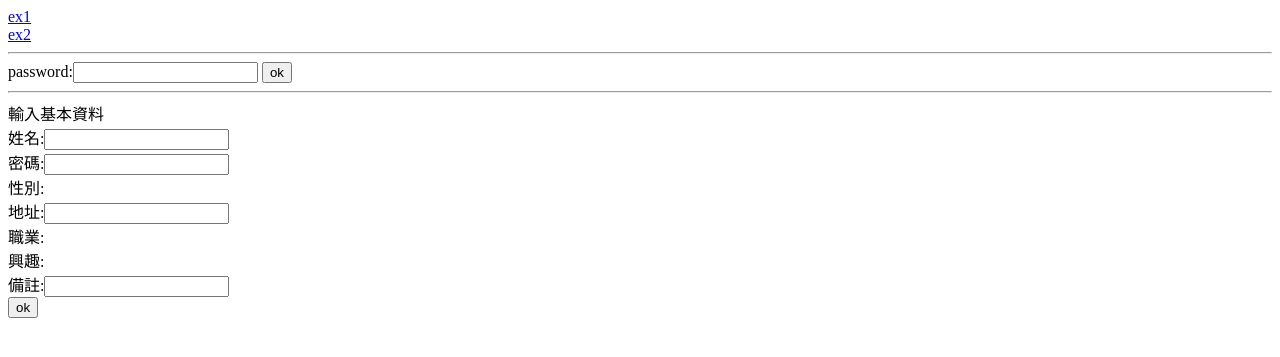
Repository: jtlai0921/javaweb1108
Page: javawebex/WebContent/servletEX/exam.html
These files come from the project's save history. The page is drawn as it stood at one moment and after the next save; the edit follows.
The browser window is 1280 px wide. The pictures show the whole page.

Above is the page before, as saved 2020-11-15 07:20:15.

After the next save:
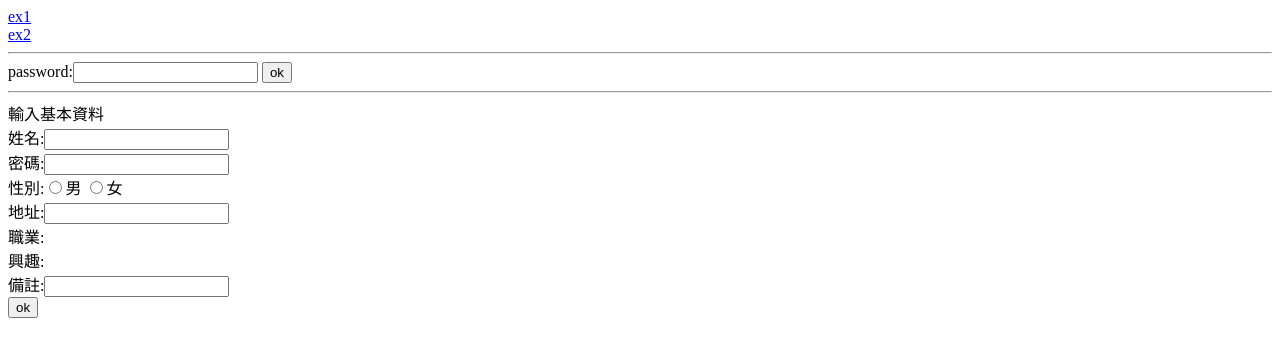
Saved 39 s later.
--- a/javawebex/WebContent/servletEX/exam.html
+++ b/javawebex/WebContent/servletEX/exam.html
@@ -17,7 +17,8 @@ password:<input type="password" name="password">
 	輸入基本資料<br>
 	姓名:<input type="text" name="name"><br>
 	密碼:<input type="password" name="password"><br>
-	性別:<br>
+	性別:<input type="radio" name="sex" value="">男
+		<input type="radio" name="sex" value="">女<br>
 	地址:<input type="password" name="password"><br>
 	職業:<br>
 	興趣:<br>
